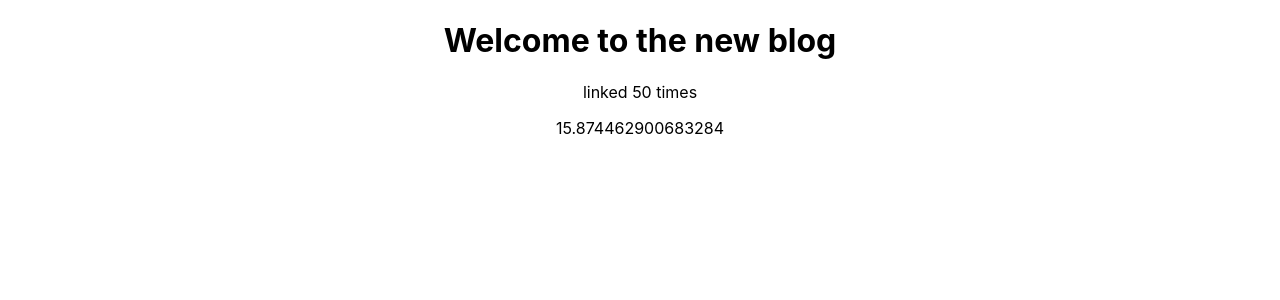
Repository: Samkiroko/full-reacr-ninja
Page: /create
The author's editor kept a copy of each file at every save. The page is drawn from the files as they stood at one save, then again after the next save.
The browser window is 1280 px wide. The pictures show the whole page.
The project was rebuilt for these pictures with package versions that can differ from the ones it lists, and the page was loaded fresh each time.

Above is the page before, as saved 2021-07-19 15:58:14.

### src/App.js
import './App.css'

function App() {
  const title = 'Welcome to the new blog'
  const likes = 50

  return (
    <div className='App'>
      <div className='content'>
        <h1>{title}</h1>
        <p>linked {likes} times</p>
        <p>{Math.random() * 20}</p>
      </div>
    </div>
  )
}

export default App

Loaded but not shown: public/index.html (common file); src/index.js (common file); src/index.css (common file); src/App.css (common file)

After the next save:
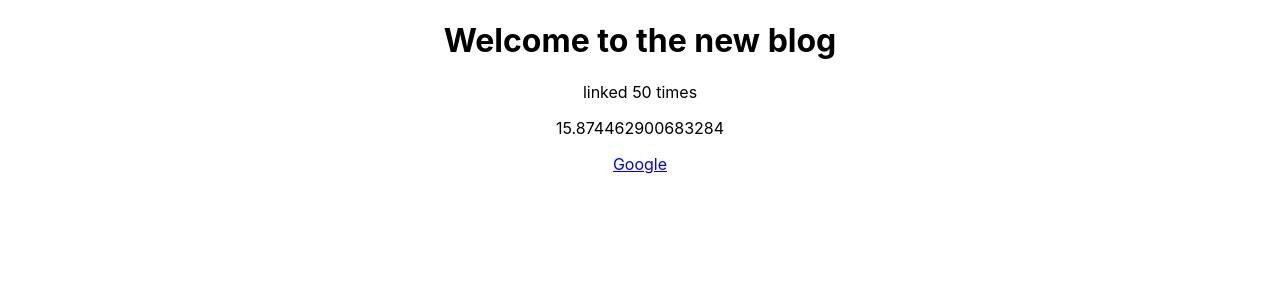
Saved 74 s later.
--- a/src/App.js
+++ b/src/App.js
@@ -3,6 +3,7 @@ import './App.css'
 function App() {
   const title = 'Welcome to the new blog'
   const likes = 50
+  const link = 'https://github.com/david-gpu/blog'
 
   return (
     <div className='App'>
@@ -10,6 +11,7 @@ function App() {
         <h1>{title}</h1>
         <p>linked {likes} times</p>
         <p>{Math.random() * 20}</p>
+        <a href={link}>Google</a>
       </div>
     </div>
   )
